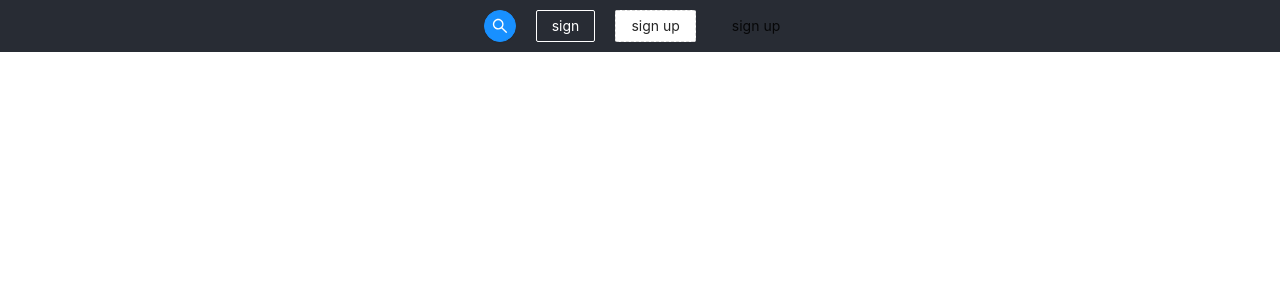
Repository: ErosHai/antd-demo
Page: /
An editor plug-in stored every save of this project. The page is shown before and after the next save, followed by the edit.
The browser window is 1280 px wide. The pictures show the whole page.
The project was rebuilt for these pictures with package versions that can differ from the ones it lists, and the page was loaded fresh each time.

Above is the page before, as saved 2022-04-12 13:59:49.

### src/App.js
import './App.css'
import { Button } from 'antd'
import { SearchOutlined } from '@ant-design/icons'

function App() {
	return (
		<div className="App">
			<Button type="primary" shape="circle" icon={<SearchOutlined />}></Button>
			<Button type="default" ghost>
				sign
			</Button>
			<Button type="dashed">sign up</Button>
			<Button type="text">sign up</Button>
		</div>
	)
}

export default App

### src/App.css
@import '~antd/dist/antd.css';

.App {
  text-align: center;
  background-color: #282c34;
  padding:10px 0px;

}
.App button {
  margin: 0 10px;
}
.App-logo {
  height: 40vmin;
  pointer-events: none;
}

@media (prefers-reduced-motion: no-preference) {
  .App-logo {
    animation: App-logo-spin infinite 20s linear;
  }
}

.App-header {
  background-color: #282c34;
  min-height: 100vh;
  display: flex;
  flex-direction: column;
  align-items: center;
  justify-content: center;
  font-size: calc(10px + 2vmin);
  color: white;
}

.App-link {
  color: #61dafb;
}

@keyframes App-logo-spin {
  from {
    transform: rotate(0deg);
  }
  to {
    transform: rotate(360deg);
  }
}

Loaded but not shown: public/index.html (common file); src/index.js (common file); src/index.css (common file); src/reportWebVitals.js (common file)

After the next save:
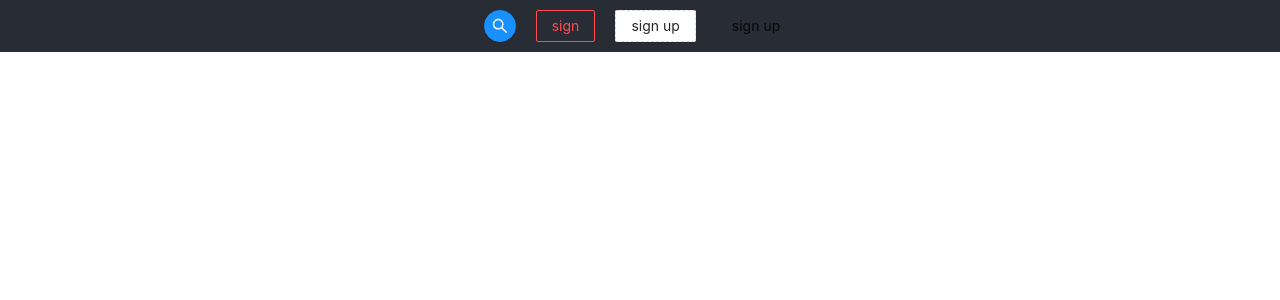
Saved 42 s later.
--- a/src/App.js
+++ b/src/App.js
@@ -6,7 +6,7 @@ function App() {
 	return (
 		<div className="App">
 			<Button type="primary" shape="circle" icon={<SearchOutlined />}></Button>
-			<Button type="default" ghost>
+			<Button type="default" ghost danger>
 				sign
 			</Button>
 			<Button type="dashed">sign up</Button>
